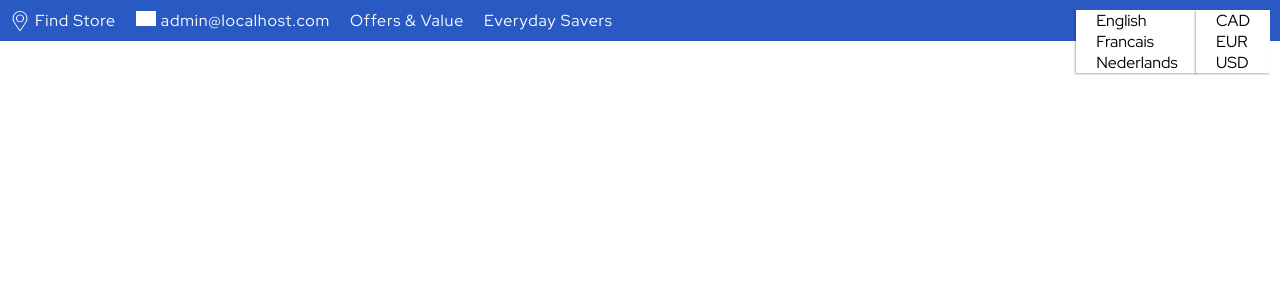
Repository: ldminh95/demo01
Page: index.html
An editor plug-in stored every save of this project. The page is shown before and after a run of saves, followed by the edit.
The browser window is 1280 px wide. The pictures show the whole page.
Pictures or frames that could not be fetched are drawn as grey boxes.

Above is the page before, as saved 2023-09-17 16:44:27.

After the next 2 saves:
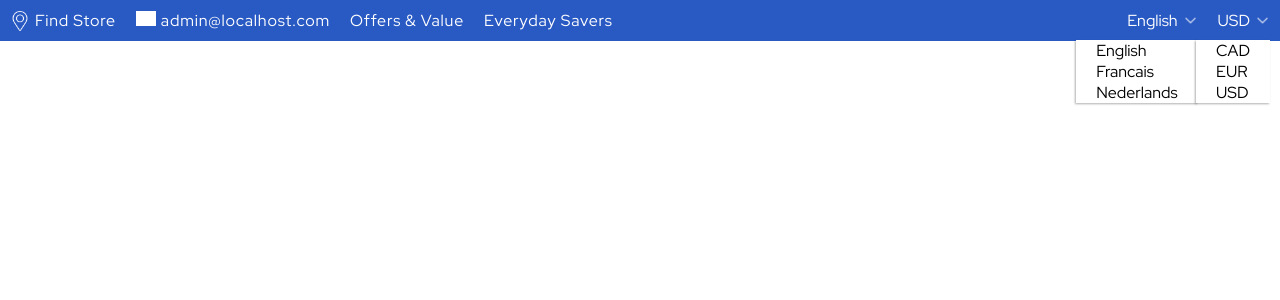
The 2 saves are shown as one change because they came seconds apart.
The last was saved 16 s later.
--- a/css/top.css
+++ b/css/top.css
@@ -51,7 +51,7 @@
 }
 .hd_right ul ul {
     position: absolute;
-    top: 0;
+    top: 30px;
     right: 0;
     background-color: #fff;
     box-shadow: -1px 1px 2px rgb(0 0 0 / 31%);
@@ -65,7 +65,7 @@
     width: 15px;
     height: 15px;
     right: 0;
-    top: 30px;
+    top: 0;
     bottom: 0;
     margin: auto;
     background-color: #fff;
